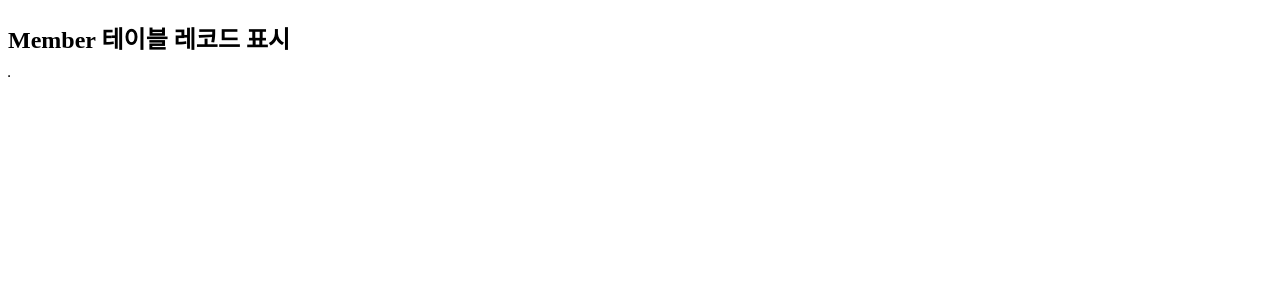
Repository: hyodaeun/JSP_Study
Page: http://localhost/Chapter11/selectTest.jsp
An editor plug-in stored every save of this project. The page is shown before and after the next save, followed by the edit.
The browser window is 1280 px wide. The pictures show the whole page.
The page is served by Tomcat 9.

Above is the page before, as saved 2019-09-09 00:30:26.

### Chapter11/WebContent/selectTest.jsp
<%@ page language="java" contentType="text/html; charset=UTF-8"
    pageEncoding="UTF-8"%>
<!DOCTYPE html>
<html>
<head>
<meta charset="UTF-8">
<title>Insert title here</title>
</head>
<body>
<h2>Member 테이블 레코드 표시</h2>
<table border=1>
	<tr>
	</tr>
</table>
</body>
</html>

After the next save:
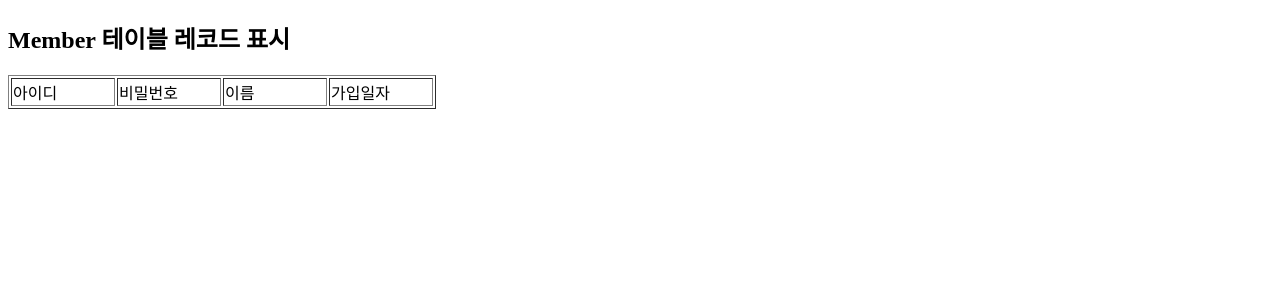
Saved 59 s later.
--- a/Chapter11/WebContent/selectTest.jsp
+++ b/Chapter11/WebContent/selectTest.jsp
@@ -10,6 +10,10 @@
 <h2>Member 테이블 레코드 표시</h2>
 <table border=1>
 	<tr>
+		<td width="100">아이디</td>
+		<td width="100">비밀번호</td>
+		<td width="100">이름</td>
+		<td width="100">가입일자</td>
 	</tr>
 </table>
 </body>
